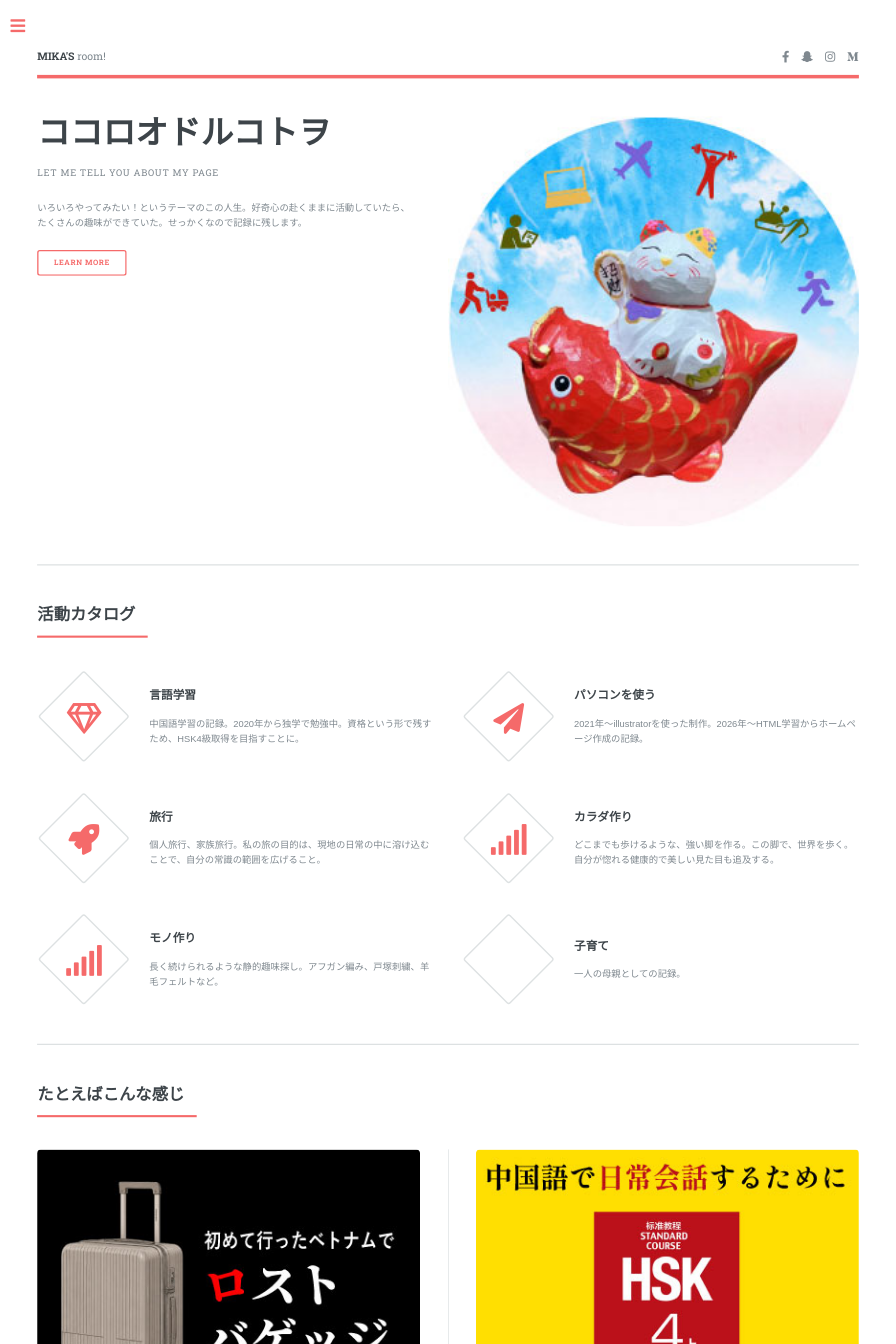
Repository: mika0138/html5up-editorial
Page: index.html
An editor plug-in stored every save of this project. The page is shown before and after the next save, followed by the edit.
The browser window is 1280 px wide. The pictures show the part of the page from y = 0 to 1920 px (the page is 3608 px tall), at 70% of full size.
Some web fonts or font styles are not loaded; a fallback is used.

Above is the page before, as saved 2026-06-16 19:33:55.

### index.html
<!DOCTYPE HTML>
<!--
	Editorial by HTML5 UP
	html5up.net | @ajlkn
	Free for personal and commercial use under the CCA 3.0 license (html5up.net/license)
-->
<html>
	<head>
		<title>MIKA'S ROOM</title>
		<meta charset="utf-8" />
		<meta name="viewport" content="width=device-width, initial-scale=1, user-scalable=no" />
		<link rel="stylesheet" href="assets/css/main.css" />
		<link rel="preconnect" href="https://fonts.googleapis.com">
<link rel="preconnect" href="https://fonts.gstatic.com" crossorigin>
<link href="https://fonts.googleapis.com/css2?family=Zen+Kaku+Gothic+New:wght@400;700&display=swap" rel="stylesheet">
	</head>
	<body class="is-preload">

		<!-- Wrapper -->
			<div id="wrapper">

				<!-- Main -->
					<div id="main">
						<div class="inner">

							<!-- Header -->
								<header id="header">
									<a href="index.html" class="logo"><strong>MIKA'S</strong> room!</a>
									<ul class="icons">
										<li><a href="#" class="icon brands fa-x"><span class="label">x</span></a></li>
										<li><a href="#" class="icon brands fa-facebook-f"><span class="label">Facebook</span></a></li>
										<li><a href="#" class="icon brands fa-snapchat-ghost"><span class="label">Snapchat</span></a></li>
										<li><a href="#" class="icon brands fa-instagram"><span class="label">Instagram</span></a></li>
										<li><a href="#" class="icon brands fa-medium-m"><span class="label">Medium</span></a></li>
									</ul>
								</header>

							<!-- Banner -->
								<section id="banner">
									<div class="content">
										<header>
											<h1>ココロオドルコトヲ</h1>
											<p>Let me tell you about my page</p>
										</header>
										<p>いろいろやってみたい！というテーマのこの人生。好奇心の赴くままに活動していたら、たくさんの趣味ができていた。せっかくなので記録に残します。</p>
										<ul class="actions">
											<li><a href="#" class="button big">Learn More</a></li>
										</ul>
									</div>
									<span class="image object">
										<img src="images/top.jpg" alt="中国の猫" />
									</span>
								</section>

							<!-- Section -->
								<section>
									<header class="major">
										<h2>活動カタログ</h2>
									</header>
									<div class="features">
										<article>
											<span class="icon fa-gem"></span>
											<div class="content">
												<h3>言語学習</h3>
												<p>中国語学習の記録。2020年から独学で勉強中。資格という形で残すため、HSK4級取得を目指すことに。</p>
											</div>
										</article>
										<article>
											<span class="icon solid fa-paper-plane"></span>
											<div class="content">
												<h3>パソコンを使う</h3>
												<p>2021年～illustratorを使った制作。2026年～HTML学習からホームページ作成の記録。</p>
											</div>
										</article>
										<article>
											<span class="icon solid fa-rocket"></span>
											<div class="content">
												<h3>旅行</h3>
												<p>個人旅行、家族旅行。私の旅の目的は、現地の日常の中に溶け込むことで、自分の常識の範囲を広げること。</p>
											</div>
										</article>
										<article>
											<span class="icon solid fa-signal"></span>
											<div class="content">
												<h3>カラダ作り</h3>
												<p>どこまでも歩けるような、強い脚を作る。この脚で、世界を歩く。自分が惚れる健康的で美しい見た目も追及する。</p>
											</div>
										</article>
										<article>
											<span class="icon solid fa-signal"></span>
											<div class="content">
												<h3>モノ作り</h3>
												<p>長く続けられるような静的趣味探し。アフガン編み、戸塚刺繍、羊毛フェルトなど。</p>
											</div>
										</article>
										<article>
											<span class="icon solid fa-hands-holding-child"></span>
											<div class="content">
												<h3>子育て</h3>
												<p>一人の母親としての記録。</p>
											</div>
										</article>

									</div>
								</section>

							<!-- Section -->
								<section>
									<header class="major">
										<h2>たとえばこんな感じ</h2>
									</header>
									<div class="posts">
										<article>
											<a href="https://note.com/natty_flax38/n/n63cf5298c59c" target="_blank"
   rel="noopener noreferrer" class="image"><img src="images/ロストバゲッジ.jpg" alt="ロストバゲッジ" /></a>
											<h3>2026年4月ベトナム航空でロストバゲッジを初体験した話</h3>
											<p>これまでに経験した旅行は国内海外数知れず、私は運よく「ロストバゲッジ」を経験することが無かったのだ。
それが今回の子連れ家族旅行で発生した経緯について書き記しておこうと思う。</p>
											<ul class="actions">
												<li><a href="https://note.com/natty_flax38/n/n63cf5298c59c" class="button"target="_blank"
   rel="noopener noreferrer">More</a></li>
											</ul>
										</article>
										<article>
											<a href="https://note.com/natty_flax38/n/n8b3fe37f1470?app_launch=false" target="_blank"
   rel="noopener noreferrer"class="image"><img src="images/hsk4.jpg" alt="HSK4級勉強の必要性" /></a>
											<h3>私がHSK4級取得を目指す理由</h3>
											<p>言語を学ぶのって大好き。会話をすることで、その国のことをより深く知れるから。

という動機により大学で英語を専攻し、日常会話レベル（TOEIC760点）を習得した私が、英語の次に興味を持ったのが中国語。なぜなら……</p>
											<ul class="actions">
												<li><a href="https://note.com/natty_flax38/n/n8b3fe37f1470?app_launch=false" class="button"target="_blank"
   rel="noopener noreferrer">More</a></li>
											</ul>
										</article>
										<article>
											<a href="https://note.com/natty_flax38/n/n0913131f922a?app_launch=false" target="_blank"
   rel="noopener noreferrer"class="image"><img src="images/style.jpg" alt="体型を維持する理由" /></a>
											<h3>体脂肪率15％の体調不良を経験した話</h3>
											<p>突然だが、「体脂肪率19％、骨格筋量40kg」というのが、私個人の最もパフォーマンスが高い体組成である。個人的にこのバランスが一番動きやすくて、健康で、おまけに見た目も悪くない。
もちろん最初からこのバランスにたどり着いたわけではない。
無茶な絶食ダイエット…</p>
											<ul class="actions">
												<li><a href="https://note.com/natty_flax38/n/n0913131f922a?app_launch=false" class="button"target="_blank"
   rel="noopener noreferrer">More</a></li>
											</ul>
										</article>
										<article>
											<a href="https://note.com/natty_flax38/n/ndb6b06848bb1?app_launch=false" target="_blank"
   rel="noopener noreferrer"class="image"><img src="images/youmou.jpg" alt="羊毛フェルトを趣味に" /></a>
											<h3>羊毛フェルトのすゝめ</h3>
											<p>突然だが、私は羊毛フェルトに出会うまで、手芸って女子力が高くて辛抱強くて丁寧な女性が嗜む趣味だと思っていた。しかし羊毛フェルトをやってみるとあら簡単！手が汚れない粘土細工気分で遊べるのである。「自分が頭の…</p>
											<ul class="actions">
												<li><a href="https://note.com/natty_flax38/n/ndb6b06848bb1?app_launch=false" target="_blank"
   rel="noopener noreferrer" class="button">More</a></li>
											</ul>
										</article>
										<article>
											<a href="#" class="image"><img src="images/pic05.jpg" alt="" /></a>
											<h3>Feugiat lorem aenean</h3>
											<p>Aenean ornare velit lacus, ac varius enim lorem ullamcorper dolore. Proin aliquam facilisis ante interdum. Sed nulla amet lorem feugiat tempus aliquam.</p>
											<ul class="actions">
												<li><a href="#" class="button">More</a></li>
											</ul>
										</article>
										<article>
											<a href="#" class="image"><img src="images/pic06.jpg" alt="" /></a>
											<h3>Amet varius aliquam</h3>
											<p>Aenean ornare velit lacus, ac varius enim lorem ullamcorper dolore. Proin aliquam facilisis ante interdum. Sed nulla amet lorem feugiat tempus aliquam.</p>
											<ul class="actions">
												<li><a href="#" class="button">More</a></li>
											</ul>
										</article>
									</div>
								</section>

						</div>
					</div>

				<!-- Sidebar -->
					<div id="sidebar">
						<div class="inner">

							<!-- Search -->
								<section id="search" class="alt">
									<form method="post" action="#">
										<input type="text" name="query" id="query" placeholder="Search" />
									</form>
								</section>

							<!-- Menu -->
								<nav id="menu">
									<header class="major">
										<h2>Menu</h2>
									</header>
									<ul>
										<li><a href="index.html">Homepage</a></li>
										<li><a href="generic.html">Generic</a></li>
										<li><a href="elements.html">Elements</a></li>
										<li>
											<span class="opener">Submenu</span>
											<ul>
												<li><a href="#">Lorem Dolor</a></li>
												<li><a href="#">Ipsum Adipiscing</a></li>
												<li><a href="#">Tempus Magna</a></li>
												<li><a href="#">Feugiat Veroeros</a></li>
											</ul>
										</li>
										<li><a href="#">Etiam Dolore</a></li>
										<li><a href="#">Adipiscing</a></li>
										<li>
											<span class="opener">Another Submenu</span>
											<ul>
												<li><a href="#">Lorem Dolor</a></li>
												<li><a href="#">Ipsum Adipiscing</a></li>
												<li><a href="#">Tempus Magna</a></li>
												<li><a href="#">Feugiat Veroeros</a></li>
											</ul>
										</li>
										<li><a href="#">Maximus Erat</a></li>
										<li><a href="#">Sapien Mauris</a></li>
										<li><a href="#">Amet Lacinia</a></li>
									</ul>
								</nav>

							<!-- Section -->
								<section>
									<header class="major">
										<h2>Ante interdum</h2>
									</header>
									<div class="mini-posts">
										<article>
											<a href="#" class="image"><img src="images/pic07.jpg" alt="" /></a>
											<p>Aenean ornare velit lacus, ac varius enim lorem ullamcorper dolore aliquam.</p>
										</article>
										<article>
											<a href="#" class="image"><img src="images/pic08.jpg" alt="" /></a>
											<p>Aenean ornare velit lacus, ac varius enim lorem ullamcorper dolore aliquam.</p>
										</article>
										<article>
											<a href="#" class="image"><img src="images/pic09.jpg" alt="" /></a>
											<p>Aenean ornare velit lacus, ac varius enim lorem ullamcorper dolore aliquam.</p>
										</article>
									</div>
									<ul class="actions">
										<li><a href="#" class="button">More</a></li>
									</ul>
								</section>

							<!-- Section -->
								<section>
									<header class="major">
										<h2>Get in touch</h2>
									</header>
									<p>Sed varius enim lorem ullamcorper dolore aliquam aenean ornare velit lacus, ac varius enim lorem ullamcorper dolore. Proin sed aliquam facilisis ante interdum. Sed nulla amet lorem feugiat tempus aliquam.</p>
									<ul class="contact">
										<li class="icon solid fa-envelope"><a href="#">information@untitled.tld</a></li>
										<li class="icon solid fa-phone">(000) 000-0000</li>
										<li class="icon solid fa-home">1234 Somewhere Road #8254<br />
										Nashville, TN 00000-0000</li>
									</ul>
								</section>

							<!-- Footer -->
								<footer id="footer">
									<p class="copyright">&copy; Untitled. All rights reserved. Demo Images: <a href="https://unsplash.com">Unsplash</a>. Design: <a href="https://html5up.net">HTML5 UP</a>.</p>
								</footer>

						</div>
					</div>

			</div>

		<!-- Scripts -->
			<script src="assets/js/jquery.min.js"></script>
			<script src="assets/js/browser.min.js"></script>
			<script src="assets/js/breakpoints.min.js"></script>
			<script src="assets/js/util.js"></script>
			<script src="assets/js/main.js"></script>

	</body>
</html>

Loaded but not shown: assets/css/fontawesome-all.min.css (library); assets/js/jquery.min.js (library); assets/js/browser.min.js (common file); assets/js/breakpoints.min.js (common file); assets/js/util.js (587 lines, source omitted); assets/js/main.js (262 lines, source omitted); assets/css/main.css (2278 lines, source omitted)

After the next save:
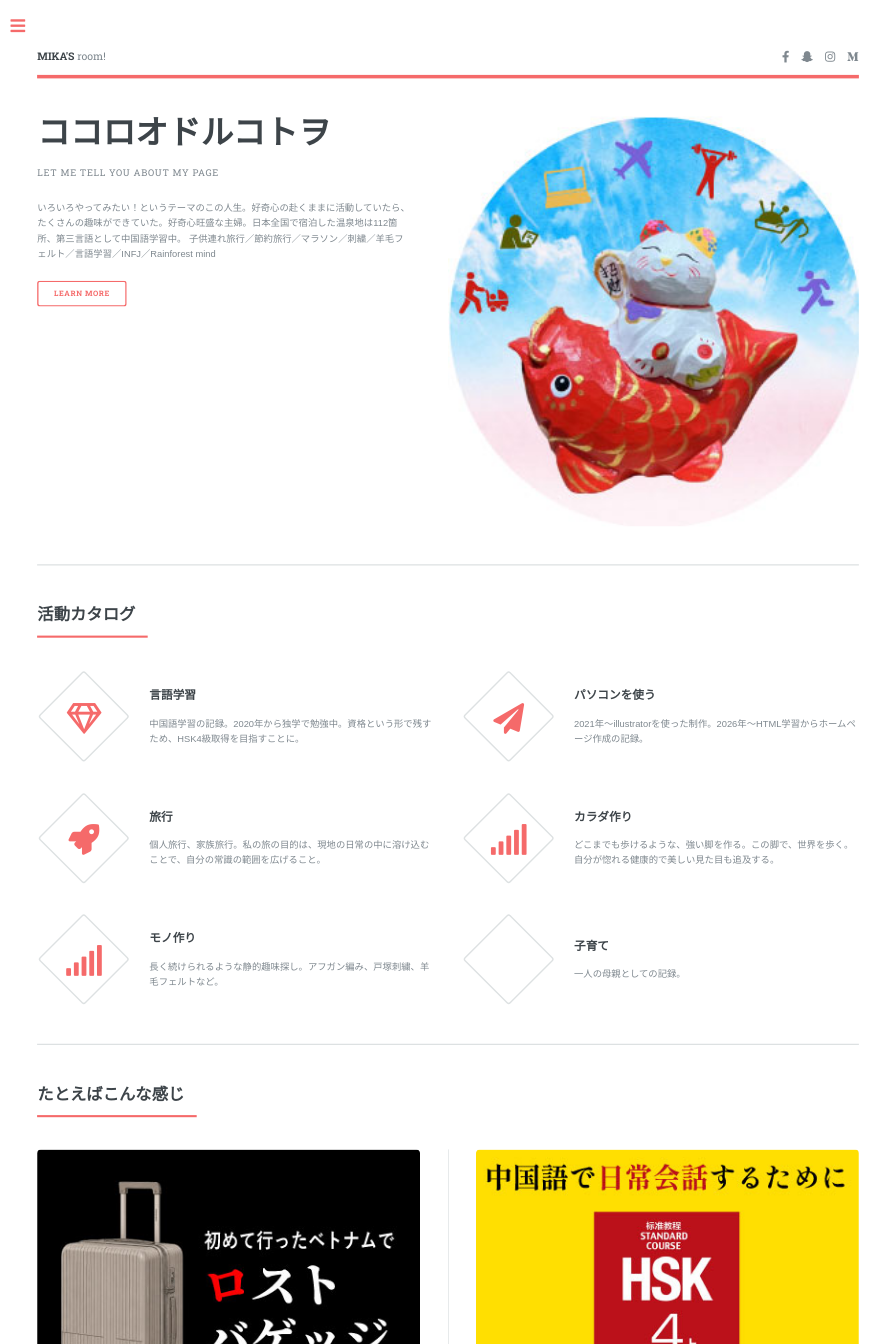
Saved 2 min 39 s later.
--- a/index.html
+++ b/index.html
@@ -42,7 +42,8 @@
 											<h1>ココロオドルコトヲ</h1>
 											<p>Let me tell you about my page</p>
 										</header>
-										<p>いろいろやってみたい！というテーマのこの人生。好奇心の赴くままに活動していたら、たくさんの趣味ができていた。せっかくなので記録に残します。</p>
+										<p>いろいろやってみたい！というテーマのこの人生。好奇心の赴くままに活動していたら、たくさんの趣味ができていた。好奇心旺盛な主婦。日本全国で宿泊した温泉地は112箇所、第三言語として中国語学習中。
+子供連れ旅行／節約旅行／マラソン／刺繍／羊毛フェルト／言語学習／INFJ／Rainforest mind</p>
 										<ul class="actions">
 											<li><a href="#" class="button big">Learn More</a></li>
 										</ul>
